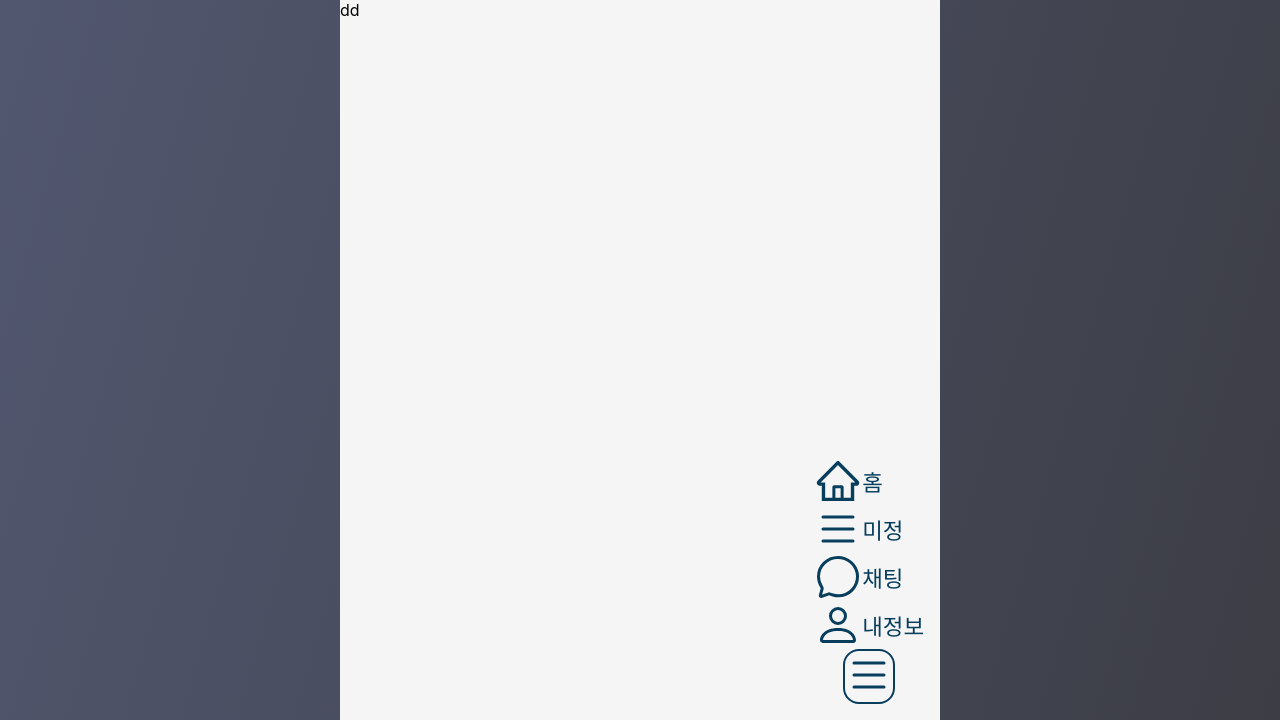
Repository: SeungYn/hanium
Page: /
The author's editor kept a copy of each file at every save. The page is drawn from the files as they stood at one save, then again after the next save.
The browser window is 1280 px wide. The pictures show the whole page.
The project was rebuilt for these pictures with package versions that can differ from the ones it lists, and the page was loaded fresh each time. Also part of the build but not shown: src/App.css, src/components/ReadPopup/ReadPopup.module.css, src/components/ReadPopup/ReadPopup.jsx, src/pages/login/Login.jsx.

Above is the page before, as saved 2022-10-26 23:47:39.

### src/index.js
import React from 'react';
import ReactDOM from 'react-dom/client';
import './index.css';
import App from './App';

import { AuthErrorEventBus, AuthProvider } from './context/AuthContext';
import TokenStorage from './db/token';
import HttpClient from './network/http';
import AuthService from './service/auth';

const baseURL = 'https://d4a8ab3f9df191.lhr.life';
const tokenStorage = new TokenStorage();
const authErrorEventBus = new AuthErrorEventBus();
const httpClient = new HttpClient(baseURL, authErrorEventBus, tokenStorage);
const authService = new AuthService(httpClient, tokenStorage);

const root = ReactDOM.createRoot(document.getElementById('root'));
root.render(
  <React.StrictMode>
    <AuthProvider
      authService={authService}
      authErrorEventBus={authErrorEventBus}
      tokenStorage={tokenStorage}
    >
      <App authService={authService} />
    </AuthProvider>
  </React.StrictMode>
);

### src/index.css
:root {
  --color-darkBlue: #073d5d;
  --color-main: #42a5f5;
  --color-bg-dark: #f5f5f5;
  --color-bg: #fdfffd;
  --color-font: #073d5d;
  --color-accent: #073d5d;
  --color-font-accent: white;
  --color-error-bg: rgba(173, 173, 173, 0.401);
  --color-popup-bg: white;
  /* 사이즈 */
  --font-size-medium: 1.4rem;
  --font-size-small: 1rem;
}

* {
  box-sizing: border-box;
}

html,
body {
  height: 100%;
  width: 100%;
  margin: 0;
  background: rgb(81, 87, 111);
  background: linear-gradient(
    106deg,
    rgba(81, 87, 111, 1) 0%,
    rgba(60, 61, 69, 1) 100%
  );
  accent-color: var(--color-accent);
}
a {
  text-decoration: none;
  color: var(--color-font);
}
ul {
  padding: 0;
  margin: 0;
  list-style: none;
}
#root {
  height: 100%;
  width: 100%;
  max-width: 600px;
  background-color: var(--color-bg-dark);
  margin: auto;
  display: flex;
  flex-direction: column;
  position: relative;
}

button {
  cursor: pointer;
}
body {
  margin: 0;
  font-family: -apple-system, BlinkMacSystemFont, 'Segoe UI', 'Roboto', 'Oxygen',
    'Ubuntu', 'Cantarell', 'Fira Sans', 'Droid Sans', 'Helvetica Neue',
    sans-serif;
  -webkit-font-smoothing: antialiased;
  -moz-osx-font-smoothing: grayscale;
}

code {
  font-family: source-code-pro, Menlo, Monaco, Consolas, 'Courier New',
    monospace;
}

### src/App.js
import { useCallback } from 'react';
import { createBrowserRouter, RouterProvider } from 'react-router-dom';
import './App.css';
import FirstPage from './pages/firstPage/FirstPage';
import Root from './pages/Root';

// const router = createBrowserRouter([
//   {
//     path: '/',
//     element: <Root />,
//     children: [],
//   },
// ]);

function App({ authService }) {
  const router = useCallback(
    createBrowserRouter([
      {
        path: '/',
        element: <Root />,
        children: [
          { index: true, element: <FirstPage authService={authService} /> },
        ],
      },
    ]),
    [authService]
  );
  return <RouterProvider router={router} />;
}

export default App;

### src/context/AuthContext.jsx
import {
  createContext,
  createRef,
  useCallback,
  useContext,
  useEffect,
  useImperativeHandle,
  useMemo,
  useState,
} from 'react';
import ReadPopup from '../components/ReadPopup/ReadPopup';

import Login from '../pages/login/Login';

const AuthContext = createContext({});

const contextRef = createRef();

export function AuthProvider({
  authService,
  authErrorEventBus,
  children,
  tokenStorage,
}) {
  const [user, setUser] = useState(1);
  const [error, setError] = useState(null);

  const context = useMemo(() => ({}), []);

  const onLogin = async ({ loginId, password }) => {
    await authService
      .headerTokenLogin(loginId, password)
      .then((data) => {
        console.log(data);
        tokenStorage.saveUser({
          memberId: data.memberId,
          nickname: data.nickname,
        });
        setUser({ memberId: data.memberId, nickName: data.nickname });
        console.log(tokenStorage.getUser());
        return;
      })
      .catch((error) => {
        setError(error);
      });
  };

  const logout = useCallback(
    async () =>
      await authService.logout().then(() => {
        setUser(undefined);
      }),
    [authService]
  );

  useEffect(() => {
    authErrorEventBus.listen((err) => {
      console.log('err');
      console.log(err);
      setError(err);
      setUser(undefined);
      authService.logout();
    });
  }, [authErrorEventBus]);

  useEffect(() => {
    if (tokenStorage.getUser()) {
      setUser({ ...tokenStorage.getUser() });

      //nav('/');
    }

    //setUser({ token: localStorage.getItem('TOKEN') });
  }, []);

  return (
    <AuthContext.Provider value={context}>
      {user ? (
        children
      ) : (
        <>
          {error && (
            <ReadPopup content={error} onHandler={setError} type={'error'} />
          )}
          <Login authService={authService} onLogin={onLogin} />
        </>
      )}
    </AuthContext.Provider>
  );
}

export class AuthErrorEventBus {
  listen(callback) {
    this.callback = callback;
  }
  notify(error) {
    this.callback(error);
  }
}

export default AuthContext;
export const fetchToken = () => contextRef.current;
export const useAuth = () => useContext(AuthContext);

### src/db/token.js
const TOKEN = 'token';
const USER = 'user';
const USERNICKNAME = 'userNickName';
export default class TokenStorage {
  saveToken(token) {
    localStorage.setItem(TOKEN, token);
  }

  getToken() {
    return localStorage.getItem(TOKEN);
  }

  saveUser(user) {
    console.log(user);
    localStorage.setItem(USER, JSON.stringify(user));
    console.log(localStorage.getItem(USER));
  }

  getUser() {
    return JSON.parse(localStorage.getItem(USER));
  }

  clearToken() {
    console.log('토큰삭제');
    localStorage.clear(TOKEN);
  }
  clearUser() {
    console.log('유저삭제');
    localStorage.clear(USER);
  }
}

### src/network/http.js
export default class HttpClient {
  constructor(baseURL, authErrorEventBus, tokenStorage) {
    this.baseURL = baseURL;
    this.authErrorEventBus = authErrorEventBus;
    this.tokenStorage = tokenStorage;
  }

  async fetch(url, options) {
    console.log(`${this.baseURL}${url}`);
    let res = undefined;
    try {
      res = await fetch(`${this.baseURL}${url}`, {
        ...options,
        headers: {
          'Content-Type': 'application/json',
          ...options.headers,
        },
      });
    } catch (e) {
      const err = new Error('서버와 연결이 안됩니다.');
      throw err;
    }

    console.log(123);
    console.log(res);
    if (res.headers.get('Authorization')) {
      this.tokenStorage.saveToken(
        res.headers.get('Authorization').split(' ')[1]
      );
    }

    let data;
    console.log(res.headers);
    try {
      data = await res.json();
    } catch (error) {
      console.error('데이터 없어서 에러');
    }
    console.log(res);
    if (res.status > 299 || res.status < 200) {
      const message =
        data && data.message ? data.message : 'Something went wrong! 🤪';

      let error = new Error(message);

      if (res.status === 401) {
        console.log('401에러');
        error = new Error('로그인 정보가 잘 못 됐습니다.');
        this.authErrorEventBus.notify(error);
        return;
      }
      if (res.status === 400) {
        error.name = data.code ? data.code : '에러코드 등록 필요';
        console.log(error.message);
        throw error;
      }
      throw error;
    }

    return data;
  }
}

### src/service/auth.js
export default class AuthService {
  constructor(http, tokenStorage) {
    this.http = http;
    this.tokenStorage = tokenStorage;
  }

  //내 정보
  async getMyInfo() {
    const data = await this.http.fetch('/user', {
      method: 'GET',
      headers: this.getHeaders(),
    });
    return data;
  }

  //노드 /signup
  //스프링 /join
  async signup({
    nickname,
    loginId,
    password,
    email,
    sex,
    university,
    dept,
    sno,
  }) {
    console.log(nickname, loginId, password, email, sex, university, dept, sno);
    const data = await this.http.fetch('/auth/join', {
      method: 'POST',
      body: JSON.stringify({
        nickname,
        password,
        loginId,
        email,
        sex,
        university,
        dept,
        sno,
      }),
    });
    //this.tokenStorage.saveToken(data.token);
    return data;
  }

  //헤더로 토큰 받고 로그인
  async headerTokenLogin(loginId, password) {
    console.log(loginId, password);
    const data = await this.http.fetch(`/auth/login`, {
      method: 'POST',
      body: JSON.stringify({ loginId, password }),
    });
    // const res = await fetch(`${this.http.baseURL}/login`, {
    //   method: 'POST',
    //   headers: {
    //     'Content-Type': 'application/json',
    //   },
    //   body: JSON.stringify({ loginId, password }),
    // });

    // let data;
    // try {
    //   data = await res.json();
    // } catch (error) {
    //   console.error(error);
    // }

    // if (res.status > 299 || res.status < 200) {
    //   console.log('승유');
    //   const message =
    //     data && data.message ? data.message : 'Something went wrong! 🤪';
    //   const error = new Error(message);
    //   console.error('error = ', error);

    //   if (res.status === 401) {
    //     this.authErrorEventBus.notify(error);
    //   }
    //   if (res.status === 400) {
    //     error.name = data.code ? data.code : '에러코드 등록 필요';
    //     console.log(error.message);
    //     throw error;
    //   }
    //   throw error;
    // }
    // const token = res.headers.get('Authorization').split(' ')[1];
    // this.tokenStorage.saveToken(token);

    return data;
  }

  //노드서버 /idDuplicate
  //스프링서버 /duplicate-loginId
  async idDuplicateVerification(loginId) {
    const data = await this.http.fetch(`/auth/duplicate-loginId`, {
      method: 'POST',
      body: JSON.stringify({ loginId }),
    });
    return data;
  }

  async nicknameDuplicateVerification(nickname) {
    const data = await this.http.fetch(`/auth/duplicate-nickname`, {
      method: 'POST',
      body: JSON.stringify({ nickname }),
    });
    return data;
  }

  //이메일로 인증번호 받기
  async getEmailAuthenticationNumber(email) {
    console.log(email);
    const data = await this.http.fetch('/auth/mail-auth', {
      method: 'POST',
      body: JSON.stringify({
        email,
      }),
    });
    return data;
  }

  //인증번호 확인
  async authenticationNumberVerification(number) {
    const data = await this.http.fetch('/auth/mailcode-auth', {
      method: 'POST',
      body: JSON.stringify({
        code: number,
      }),
    });
    return data;
  }
  //노드서버 auth/login
  async login(loginId, password) {
    const data = await this.http.fetch('/auth/login', {
      method: 'POST',
      body: JSON.stringify({ loginId, password }),
    });
    this.tokenStorage.saveToken(data.token);
    return data;
  }

  async test() {
    const data = await this.http.fetch('/user', {
      method: 'GET',
      headers: this.getHeaders(),
    });
    return data;
  }

  async me() {
    const token = this.tokenStorage.getToken();
    return this.http.fetch('/me', {
      method: 'GET',
      headers: { Authorization: `Bearer ${token}` },
    });
  }

  async logout() {
    this.tokenStorage.clearToken();
    this.tokenStorage.clearUser();
  }

  getHeaders() {
    const token = this.tokenStorage.getToken();
    return {
      Authorization: `Bearer ${token}`,
    };
  }
}

### src/pages/firstPage/FirstPage.jsx
import React from 'react';

export default function FirstPage() {
  return <div>dd</div>;
}

### src/pages/Root.jsx
import React from 'react';
import { Outlet } from 'react-router-dom';
import Navbar from '../components/Navbar/Navbar';

export default function Root() {
  return (
    <>
      <Outlet />
      <Navbar />
    </>
  );
}

### src/components/Navbar/Navbar.jsx
import React, { useRef } from 'react';
import { NavLink } from 'react-router-dom';
import styles from './Navbar.module.css';
import { AiOutlineHome } from 'react-icons/ai';
import { BsList, BsPerson } from 'react-icons/bs';
import { IoChatbubbleOutline } from 'react-icons/io5';
import { IconContext } from 'react-icons';

export default function Navbar() {
  const navMenuRef = useRef();
  const handleBtn = (e) => {
    console.log(e);

    navMenuRef.current.style.height = '100%';
    // navMenuRef.current.style.opacity = '1';
    // navMenuRef.current.style.pointerEvents = 'all';
  };
  return (
    <nav className={styles.nav}>
      <IconContext.Provider value={{ className: styles.reactIcon }}>
        <div ref={navMenuRef} className={styles.navMenu}>
          <NavLink
            to='/'
            className={({ isActive }) =>
              isActive
                ? `${styles.active} ${styles.link}`
                : `${styles.unactive} ${styles.link}`
            }
          >
            <AiOutlineHome />
            <span className={styles.text}>홈</span>
          </NavLink>

          <NavLink
            to='/1'
            className={({ isActive }) =>
              isActive
                ? `${styles.active} ${styles.link}`
                : `${styles.unactive} ${styles.link}`
            }
          >
            <BsList />
            <span className={styles.text}>미정</span>
          </NavLink>

          <NavLink
            to='/2'
            className={({ isActive }) =>
              isActive
                ? `${styles.active} ${styles.link}`
                : `${styles.unactive} ${styles.link}`
            }
          >
            <IoChatbubbleOutline />
            <span className={styles.text}>채팅</span>
          </NavLink>

          <NavLink
            to='/3'
            className={({ isActive }) =>
              isActive
                ? `${styles.active} ${styles.link}`
                : `${styles.unactive} ${styles.link}`
            }
          >
            <BsPerson />
            <span className={styles.text}>내정보</span>
          </NavLink>
        </div>
        <button className={styles.btn} onClick={handleBtn}>
          <BsList />
        </button>
      </IconContext.Provider>
    </nav>
  );
}

### src/pages/login/Login.module.css
button {
  outline: none;
  border: none;
  color: var(--color-font);
  border: 2px solid var(--color-font);
  padding: 0.4rem 0;
  background-color: transparent;
  border-radius: 1rem;
}

button:hover {
  background-color: var(--color-accent);
  color: var(--color-font-accent);
}

.container {
  display: flex;
  flex-direction: column;
  overflow-y: auto;
  align-items: center;
  width: 100%;
}
.authTitle {
  width: 100%;
  text-align: center;
  color: var(--color-font);
}
.authForm {
  width: 100%;
}

.authForm__itemList .authForm__item,
.authForm__itemList .authForm__emailGroup {
  margin-top: 0.6rem;
}

.authForm__emailGroup {
  display: flex;
}

.emailBtn {
  flex: 0 0 20%;
  font-size: var(--font-size-small);
}

label[for='signup'] {
  cursor: pointer;
}

.form_signup {
  margin-top: 0.6rem;
  text-align: center;
}

.auth_btn {
  margin-top: 0.6rem;
  width: 100%;
  font-size: var(--font-size-medium);
  outline: none;
  border: none;
  color: var(--color-font);
  border: 2px solid var(--color-font);
  padding: 0.4rem 0;
  background-color: transparent;
  border-radius: 1rem;
}

.auth_btn:hover {
  background-color: var(--color-accent);
  color: var(--color-font-accent);
}

### src/components/Navbar/Navbar.module.css
.nav {
  position: absolute;
  bottom: 1rem;
  right: 1rem;
  font-size: var(--font-size-medium);
  text-align: center;
  display: flex;
  flex-direction: column;
  align-items: center;
  justify-content: end;
}

.link {
  display: flex;
  align-items: center;
}

.link:hover {
  color: black;
}

.navMenu {
  height: 100%;
  /* opacity: 0;
  pointer-events: none;
  transition: all 0.1s ease-out; */
  /* transition: all 0.1s ease-out; */
  overflow: hidden;
}

.btn:hover.navMenu {
  height: 1000px;
}

.btn:hover.navMenu {
  transform: scale(1.4);
}

.reactIcon {
  font-size: 3rem;
}

.btn {
  padding: 0;
}

/* @keyframes listUp {
  0% {
    height: 0%;
  }
  50% {
    height: 50%;
  }
  100% {
    height: 100%;
  }
} */

Loaded but not shown: public/index.html (common file)

After the next save:
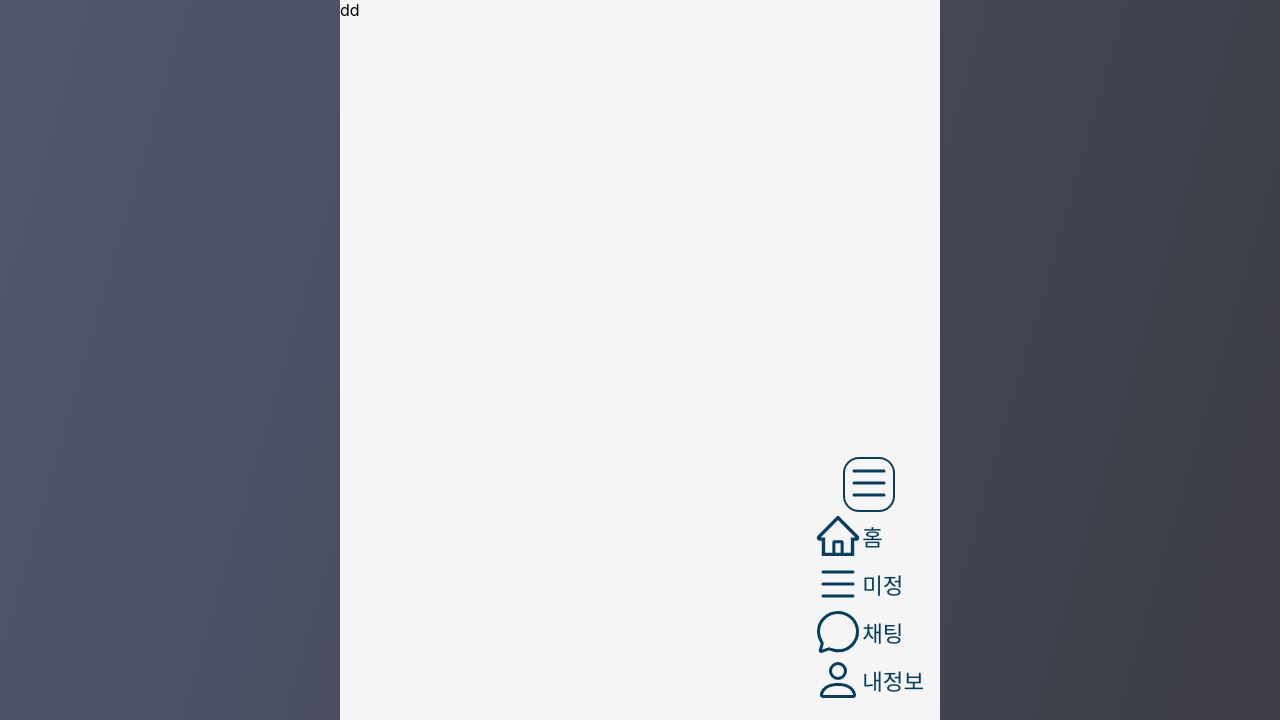
Saved 19 s later.
--- a/src/components/Navbar/Navbar.module.css
+++ b/src/components/Navbar/Navbar.module.css
@@ -5,9 +5,8 @@
   font-size: var(--font-size-medium);
   text-align: center;
   display: flex;
-  flex-direction: column;
+  flex-direction: column-reverse;
   align-items: center;
-  justify-content: end;
 }
 
 .link {
